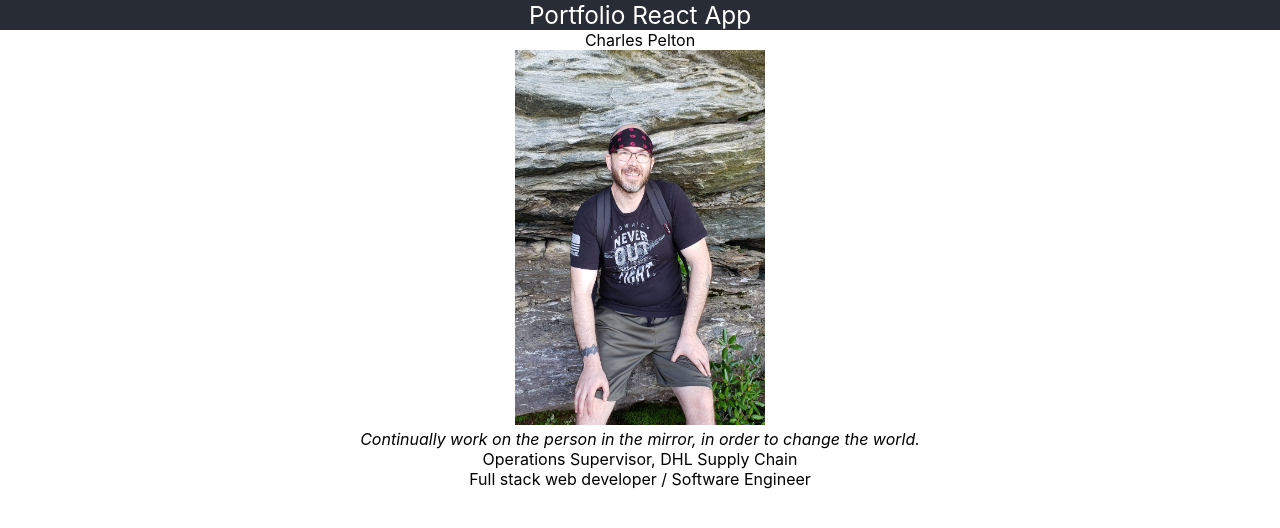
Repository: charliejp0311/PortfolioPage
Page: / (app in portfolio/)
The author's editor kept a copy of each file at every save. The page is drawn from the files as they stood at one save, then again after the next save.
The browser window is 1280 px wide. The pictures show the whole page.
The project was rebuilt for these pictures with package versions that can differ from the ones it lists, and the page was loaded fresh each time.

Above is the page before, as saved 2020-12-07 12:36:13.

After the next save:
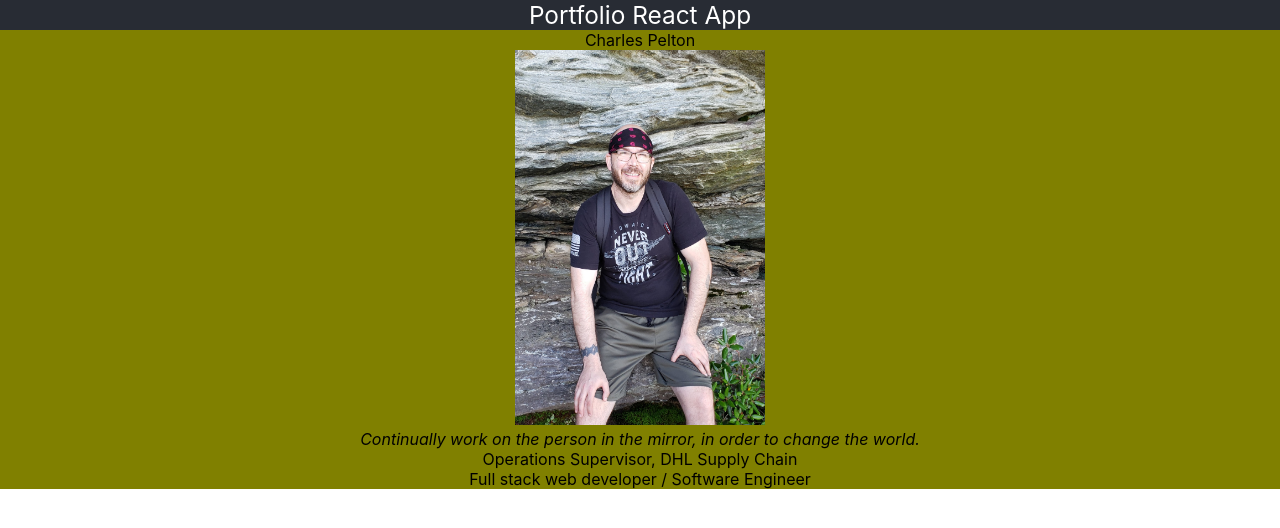
Saved 66 s later.
--- a/portfolio/src/App.css
+++ b/portfolio/src/App.css
@@ -27,6 +27,9 @@
 .App-link {
   color: #61dafb;
 }
+#me {
+  background-color: olive;
+};
 
 @keyframes App-logo-spin {
   from {
